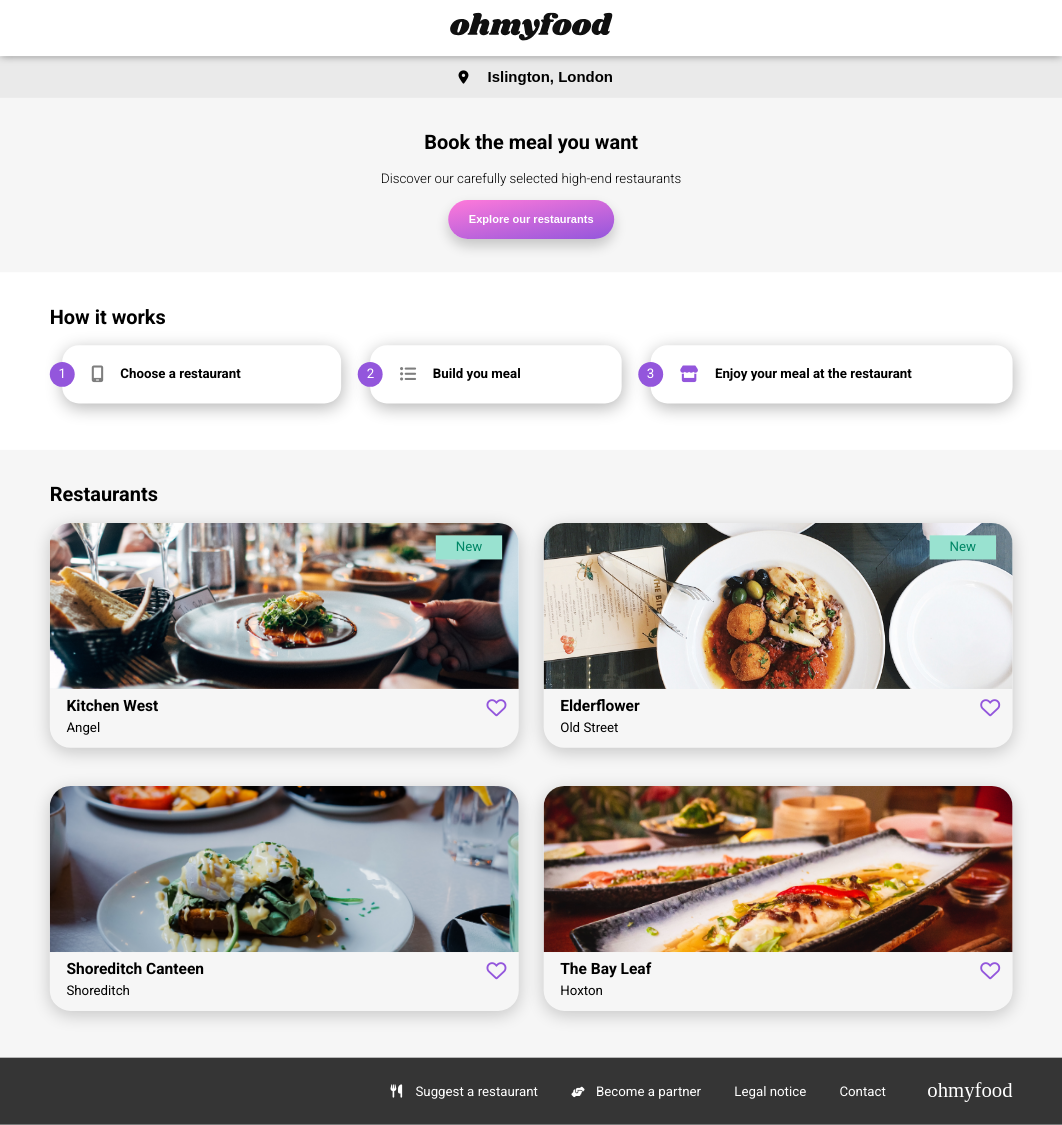
Repository: R1ptou/Project-3
Page: index.html
An editor plug-in stored every save of this project. The page is shown before and after the next save, followed by the edit.
The browser window is 1280 px wide. The pictures show the whole page, at 83% of full size.
Some web fonts or font styles are not loaded; a fallback is used. The style sheet was rebuilt from its Sass, Less or Tailwind sources for each picture, by a compiler version that may differ from the author's.

Above is the page before, as saved 2024-03-29 13:02:10.

### index.html
<!DOCTYPE html>
<html lang="en">
<head>
    <meta charset="UTF-8">
    <meta name="viewport" content="width=device-width, initial-scale=1.0">
    <title>ohmyfood</title>
    <link rel="preconnect" href="https://fonts.googleapis.com">
    <link rel="preconnect" href="https://fonts.googleapis.com">
    <link rel="preconnect" href="https://fonts.gstatic.com" crossorigin>
    <link href="https://fonts.googleapis.com/css2?family=Roboto:wght@300;400;700&family=Shrikhand&display=swap" rel="stylesheet">
    <link rel="stylesheet" href="https://cdnjs.cloudflare.com/ajax/libs/font-awesome/6.2.1/css/all.min.css"
        integrity="sha512-MV7K8+y+gLIBoVD59lQIYicR65iaqukzvf/nwasF0nqhPay5w/9lJmVM2hMDcnK1OnMGCdVK+iQrJ7lzPJQd1w=="
        crossorigin="anonymous" referrerpolicy="no-referrer">
    <link rel="stylesheet" href="./css/style.css">
</head>
<body>
<!-- Loader -->
    <div class="loader">
        <div class="lds-ring">
            <div></div>
            <div></div>
            <div></div>
            <div></div>
        </div>
    </div>
<!-- Nav -->
    <nav class="navbar"> <!-- Logo -->
        <div class="container text-center">
            <img class="logo" src="./Images%20and%20text%20Ohmyfood/images/logo/ohmyfood@2x.svg" alt="ohmyfood logo" >
        </div>
    </nav>
    <form class="search-bar"> <!-- Search bar -->
        <div class="container text-center">
            <div class="icon-search"><i class="text-black fa-solid fa-location-dot"></i></div>
            <input class="input-search" value="Islington, London" type="text">
         </div>
    </form>

    <main>
        <section class="section bg-dark"> <!-- Headline -->
            <div class="container text-center">
                <h2 class="headline">Book the meal you want</h2>
                <p class="sub-headline">Discover our carefully selected high-end restaurants</p>
                <button type="submit" class="button">Explore our restaurants</button> <!-- Submit button -->
            </div>
        </section>

<!-- How it works -->
        <section class="section container">
            <h2 class="headline">How it works</h2>
             <ol class="list-group">
                <li class="list-group__item">
                    <span class="fa-solid fa-mobile-screen list-group__icon"></span>
                    <span class="list-group__title">Choose a restaurant</span>
                </li>
                <li class="list-group__item">
                    <span class="fa-solid fa-list-ul list-group__icon"></span>
                    <span class="list-group__title">Build you meal</span>
                </li>
                <li class="list-group__item">
                    <span class="fa-solid fa-store list-group__icon active-icon"></span>
                    <span class="list-group__title">Enjoy your meal at the restaurant</span>
                </li>
             </ol>
        </section>
<!-- Restaurants -->
        <section class="section bg-dark">
            <div class="container">
                <h2 class="headline">Restaurants</h2>
                <div class="card-group">
                 <a href="./kitchen-west.html" class="card">
                    <img class="card-img" src="./Images%20and%20text%20Ohmyfood/images/restaurants/jay-wennington-N_Y88TWmGwA-unsplash.jpg" alt="">
                    <span class="badge">New</span>
                    <div class="card-row">
                        <div class="card-content">
                            <h3 class="card-title">Kitchen West</h3>
                            <p class="card-subtitle">Angel</p>
                        </div>
                        <div class="heart">
                            <span class="fa-solid fa-heart heart-icon heart-full"></span>
                            <span class="fa-regular fa-heart heart-icon heart-empty"></span>
                        </div>
                    </div>
                 </a>
                 <a href="./elderflower.html" class="card">
                    <img class="card-img" src="./Images%20and%20text%20Ohmyfood/images/restaurants/stil-u2Lp8tXIcjw-unsplash.jpg" alt="">
                    <span class="badge">New</span>
                    <div class="card-row">
                        <div class="card-content">
                            <h3 class="card-title">Elderflower</h3>
                            <p class="card-subtitle">Old Street</p>
                        </div>
                        <div class="heart">
                            <span class="fa-solid fa-heart heart-icon heart-full"></span>
                            <span class="fa-regular fa-heart heart-icon heart-empty"></span>
                        </div>
                    </div>
                 </a>
                 <a href="./shoreditch-canteen.html" class="card">
                    <img class="card-img" src="./Images%20and%20text%20Ohmyfood/images/restaurants/toa-heftiba-DQKerTsQwi0-unsplash.jpg" alt="">
                    <div class="card-row">
                        <div class="card-content">
                            <h3 class="card-title">Shoreditch Canteen</h3>
                            <p class="card-subtitle">Shoreditch</p>
                        </div>
                        <div class="heart">
                            <span class="fa-solid fa-heart heart-icon heart-full"></span>
                            <span class="fa-regular fa-heart heart-icon heart-empty"></span>
                        </div>
                    </div>
                 </a>
                 <a href="./the-bay-leaf.html" class="card">
                    <img class="card-img" src="./Images%20and%20text%20Ohmyfood/images/restaurants/louis-hansel-shotsoflouis-qNBGVyOCY8Q-unsplash.jpg" alt="">
                    <div class="card-row">
                        <div class="card-content">
                            <h3 class="card-title">The Bay Leaf</h3>
                            <p class="card-subtitle">Hoxton</p>
                        </div>
                        <div class="heart">
                            <span class="fa-solid fa-heart heart-icon heart-full"></span>
                            <span class="fa-regular fa-heart heart-icon heart-empty"></span>
                        </div>
                    </div>
                 </a>
                </div>
            </div>
        </section>
    </main>

<!-- Footer -->

<footer class="footer">
    <div class="container">
    <div class="row"> <!-- Logo -->
        <a href="#" class="footer-logo" title="Back to top of the page">ohmyfood</a>
        <ul class="list">
            <li><a href="#"><span class="fa-solid fa-utensils footer-ico"></span>Suggest a restaurant</a></li>
            <li><a href="#"><i class="fa-solid fa-handshake-angle footer-ico ico-resize"></i>Become a partner</a></li>
            <li><a href="#">Legal notice</a></li>
        <li><a href="mailto:project3@ohmyfood.com" title="Email Us" alt="Email Us">Contact</a></li>
      </ul>
     </div>
    </div>
  </footer>
</body>
</html>

### scss/style.scss
/****** General ***********/

@import "variables";
@import "base";
@import "footer";
@import "loader";
@import "list-group";
@import "card";
@import "button";

.container {
    max-width: 1200px;
    margin: auto;
    padding-left: 20px;
    padding-right: 20px;
}

.text-center {
    text-align: center;
}

.bg-dark {
    background-color: $senary-color;
}

.section {
    padding-top: 40px;
    padding-bottom: 40px;
    position: relative;
}

/****** Nav ***********/
.navbar {
    box-shadow: 0 0 10px 0 rgba($color: #000000, $alpha: .5);
    position: relative;
    padding: 15px 0;
}

.back-link {
    position: absolute;
    left: 20px;
    line-height: 2;
}

.back-link:focus {
    outline: none;
}

/****** restaurant-1 ***********/

.title {
    display: flex;
    justify-content: space-between;
    margin-top: 0;
    font-family: $primary-serif;
}

@media screen and (min-width: 768px) {
    .title {
    text-align: center;
    justify-content: space-around;
    max-width: 400px;
    margin: auto;
    }
}

.sub-title {
    text-transform: uppercase;
    font-weight: 300;
    display: inline-block;
    padding: 10px;
    position: relative;
}

.sub-title:before {
    position: absolute;
    content: "";
    display: block;
    height: 3px;
    bottom: 0;
    left: 9px;
    width: 45px;
    background-color: $tertiary-color;
}

/****** Menu page ***********/

.gap {
    display: flex;
    flex-direction: column;
    gap: 15px;
}

.menu-item {
    display: flex;
    background: #fff;
    border-radius: 20px;
    box-shadow: 0 4px 8px 0 rgba(0,0,0,0.2);
    position: relative;
    overflow: hidden;
    cursor: pointer;


    .menu-item__price {
    display: flex;
    align-items: end;
    padding: 15px 20px;
    }

    &:hover {
    .menu-item__checkmark {
        width: 75px;
    }
    .menu-item__checkmark-icon {
        transform: rotate(0deg);
        -webkit-transform: rotate(0deg);
    }
    }

    .menu-item__body {
    display: flex;
    flex-direction: column;
    width: 100%;
    padding: 15px;
    overflow: hidden;
    gap: 5px;
    }

    .menu-item__heading {
    margin: 0;
    font-size: 1.1rem;
    overflow: hidden;
    }

    .menu-item__content {
    margin: 0;
    font-size: 1rem;
    overflow: hidden;
    text-overflow: ellipsis;
    white-space: nowrap;
    }

    .menu-item__checkmark {
    display: flex;
    flex-shrink: 0;
    justify-content: center;
    align-items: center;
    overflow: hidden;
    background: $tertiary-color;
    right: 0;
    top: 0;
    bottom: 0;
    width: 0;
    transition: width 0.5s;
    }

    .menu-item__checkmark-icon {
    transition: transform 0.5s;
    transform: rotate(360deg);
    color: #fff;
    }
}

.heart {
    top: 0;
    right: 0;
}

.border-top {
    border-top-right-radius: 20px;
    border-top-left-radius: 20px;
}

.header-image {
    height: 250px;
    width: 100%;
    object-fit: cover;
    margin-bottom: -50px;
}

/****** Search bar ***********/

.search-bar {
    background-color: $septenary-color;
}

.icon-search {
    display: inline-flex;
    justify-content: center;
    align-items: center;
    width: 50px;
    height: 50px;
    flex-shrink: 0;
}

.input-search {
    border-width: 0;
    border-style: none;
    width: 159px;
    padding: 0;
    font-weight: bold;
    font-size: 18px;
    background-color: $septenary-color;
    caret-color: $tertiary-color;
}
.input-search:focus {
    outline: none;
}

/****** Headline ***********/
.headline {
    margin-top: 0;
}

.sub-headline {
    font-weight: 300;
}

/****** How it works ***********/



/****** Restaurants ***********/

.badge {
    position: absolute;
    height: 1.8rem;
    width: 5rem;
    text-align: center;
    line-height: 1.8rem;
    color: $quaternary-color;
    background: $tertiary-color;
    top: 15px;
    right: 20px;

}

.heart {
    position: relative;
    display:inline-block;
    height: 24px;
    width: 24px;
    top: 10px;
    right: 15px;
}

.heart-icon {
    position: absolute;
    display: inline-block;
    height: 24px;
    width: 24px;
    color: $primary-color;
    font-size: 24px;
}

.heart-empty {
    transition: opacity .5s;
    opacity: 1;
}

.heart-full {
    transition: opacity .5s;
    opacity: 0;
    background-image: $gradient;
    background-clip: text;
    -webkit-background-clip: text;
    color: transparent;
}

.heart:hover .heart-full {
    opacity: 1;
}

.heart:hover .heart-empty {
    opacity: 0;
}

/****** Starters ***********/


/****** Mains ***********/


/****** Deserts ***********/


/****** Label ***********/


/****** Icon ***********/

### scss/_variables.scss
    $primary-color: #9356DC; // button, badge, icon hover
    $secondary-color: #FF79DA; // button gradient
    $tertiary-color: #99E2D0; // element hue
    $quaternary-color: #008766; // badge font
    $quinary-color: #7E7E7E; // icons
    $senary-color: #F6F6F6; // background hue (off-white)
    $septenary-color: #EAEAEA; // form field background
    $octonary-color: #353535; // footer background

    $gradient: linear-gradient(-10deg, #9356DC, #FF79DA);
    $gradient-hover: linear-gradient(120deg, #9356DC, #FF79DA);

    $primary-sans-serif: "Roboto", sans-serif;
    $primary-serif: "Shrikhand", serif;

### scss/_base.scss
body {
    margin: 0;
    padding: 0;
    color: #000;
    font-family: $primary-sans-serif;
    }

::selection {
    color: #000;
    background: $tertiary-color;
    }

a {
    text-decoration: none;
    }

a, a:visited {
    color: inherit;
    }

a:hover, a:focus {
    color: $tertiary-color;
}

* {
    box-sizing: border-box;
    -moz-box-sizing: border-box;
    -webkit-box-sizing: border-box;
    }

*:focus {
    outline: $tertiary-color solid 2px;
}

html {
    scroll-behavior: smooth;
  }

### scss/_footer.scss
/****** Footer ***********/

.footer {
    background-color: $octonary-color;
    color: #fff;
    padding: 15px 0;
}

.footer-logo {
    color: #fff;
    font-family: $primary-serif;
    font-size: 25px;
    margin: 0;
}

.footer-logo:focus {
    outline: none;
}

.footer a:hover {
    color: $tertiary-color;
}

.footer-ico {
    width: 30px;
}

.ico-resize {
    font-size: 13px;
}

.list {
    list-style: none;
    padding-left: 0;
}

// .list:focus {
//     outline: none;
// }

@media screen and (min-width: 768px) {
    .list {
        display: flex;
        gap: 40px;
    }

    .footer .row {
        overflow: hidden;
        display: flex;
        flex-direction: row-reverse;
        justify-content: end;
        gap: 50px;
        align-items: center;
    }
}

### scss/loader.scss
.menu--fade {
	animation-name: menu-fade;
	animation-duration: 3s;
	animation-iteration-count: 1;
	animation-fill-mode: forwards;
	opacity: 0;
}

.menu--fade-1 {
	animation-delay: 0.1s;
}
.menu--fade-2 {
	animation-delay: 0.2s;
}
.menu--fade-3 {
	animation-delay: 0.3s;
}

@keyframes menu-fade {
  0% {
    opacity: 0;
		transform: translate(0, 200px);
  }
  100% {
    opacity: 1;
		transform: translate(0);
  }
}

.loader {
	background-color: $senary-color;
	position: fixed;
	top: 0;
	bottom: 0;
	left: 0;
	right: 0;
	display: flex;
	justify-content: center;
	align-items: center;
	animation-name: loader-fade;
	animation-duration: 2s;
	animation-delay: 2s;
	animation-iteration-count: 1;
	animation-fill-mode: forwards;
	z-index: 1
}

@keyframes loader-fade {
  0% {
    opacity: 1;
  }
	99% {
    opacity: 0;
		top: 0;
		bottom: 0;
	}
    100% {
		top: -10000px;
		bottom: auto;
  }
}

.lds-ring {
  display: inline-block;
  position: relative;
  width: 80px;
  height: 80px;
}
.lds-ring div {
  box-sizing: border-box;
  display: block;
  position: absolute;
  width: 64px;
  height: 64px;
  margin: 8px;
  border: 8px solid #000;
  border-radius: 50%;
  animation: lds-ring 1.2s cubic-bezier(0.5, 0, 0.5, 1) infinite;
  border-color: #000 transparent transparent transparent;
}
.lds-ring div:nth-child(1) {
  animation-delay: -0.45s;
}
.lds-ring div:nth-child(2) {
  animation-delay: -0.3s;
}
.lds-ring div:nth-child(3) {
  animation-delay: -0.15s;
}

@keyframes lds-ring {
  0% {
    transform: rotate(0deg);
  }
  100% {
    transform: rotate(360deg);
  }
}

### scss/_list-group.scss
.list-group {
	list-style: none;
	padding: 0;
	display: flex;
	flex-direction: column;
	gap: 20px;
	counter-reset: my-counter;

	.list-group__item {
		margin-left: 15px; // offset number margin
		padding: 20px 20px 20px 0;
		display: flex;
		align-items: center;
		gap: 20px;
		box-shadow: 1px 5px 20px rgba($color: #000000, $alpha: .3);
		border-radius: 20px;
		counter-increment: my-counter;
        flex-grow: 1;

		&:before {
			content: counter(my-counter); // custom counter
			height: 30px;
			width: 30px;
			background-color: $primary-color;
			border-radius: 50%;
			display: flex;
			justify-content: center;
			align-items: center;
			color: #fff;
			margin-left: -15px; // inset number
		}
    }
}

.list-group__icon {
    background: none;
    color: $quinary-color;
	font-size: 20px;
}

.list-group__icon:hover {
    color: $primary-color;
}

.active-icon {
	color: $primary-color;
}

.list-group__title {
    font-weight: 700;
}

@media screen and (min-width: 768px) {
    .list-group {
        flex-direction: row;
    }
}

### scss/_card.scss
.card-group {
    display: flex;
    flex-wrap: wrap;
    gap: 30px;
}

.card-group .card {
    min-width: 100%;
    flex: 1 0 0;
}

/****** Restaurants ***********/

.card {
    margin-bottom: 1rem;
    display: flex;
    flex-direction: column;
    background-color: var(#F6F6F6);
    box-shadow: 0 5px 20px rgba(0,0,0,0.2);
    border-radius: 25px;
    overflow: hidden;
    position: relative;
}

.card-img {
    object-fit: cover;
    width: 100%;
    height: 200px;
}

.card-content {
    padding: 10px 20px;
    flex-grow: 1;
}

.card-title {
    margin: 0;
}

.card-subtitle {
    margin: 5px 0;
}

.card-row {
    display: flex;
}

@media screen and (min-width:768px) {
    .card-group .card {
        min-width: 368px;
        flex: 1 0 0;
    }
}

### scss/_button.scss
/****** Submit button ***********/

.button{
    padding: 16px 25px;
    color: #fff;
    font-weight: bold;
    background: $gradient;
    border-radius: 25px;
    border: none;
    min-width: 185px;
    justify-content: center;
    box-shadow: 0 8px 15px 0 rgba($color: #000000, $alpha: 0.2);
    transition: all 0.5s ease-out;
    cursor: pointer;
}

.button:hover,
.button:focus {
    filter: brightness(115%);
    box-shadow: 0 8px 15px 0 rgba($color: #7E7E7E, $alpha: 0.8);
}
.btn-spacing {
    margin-top: 40px;
}

After the next save:
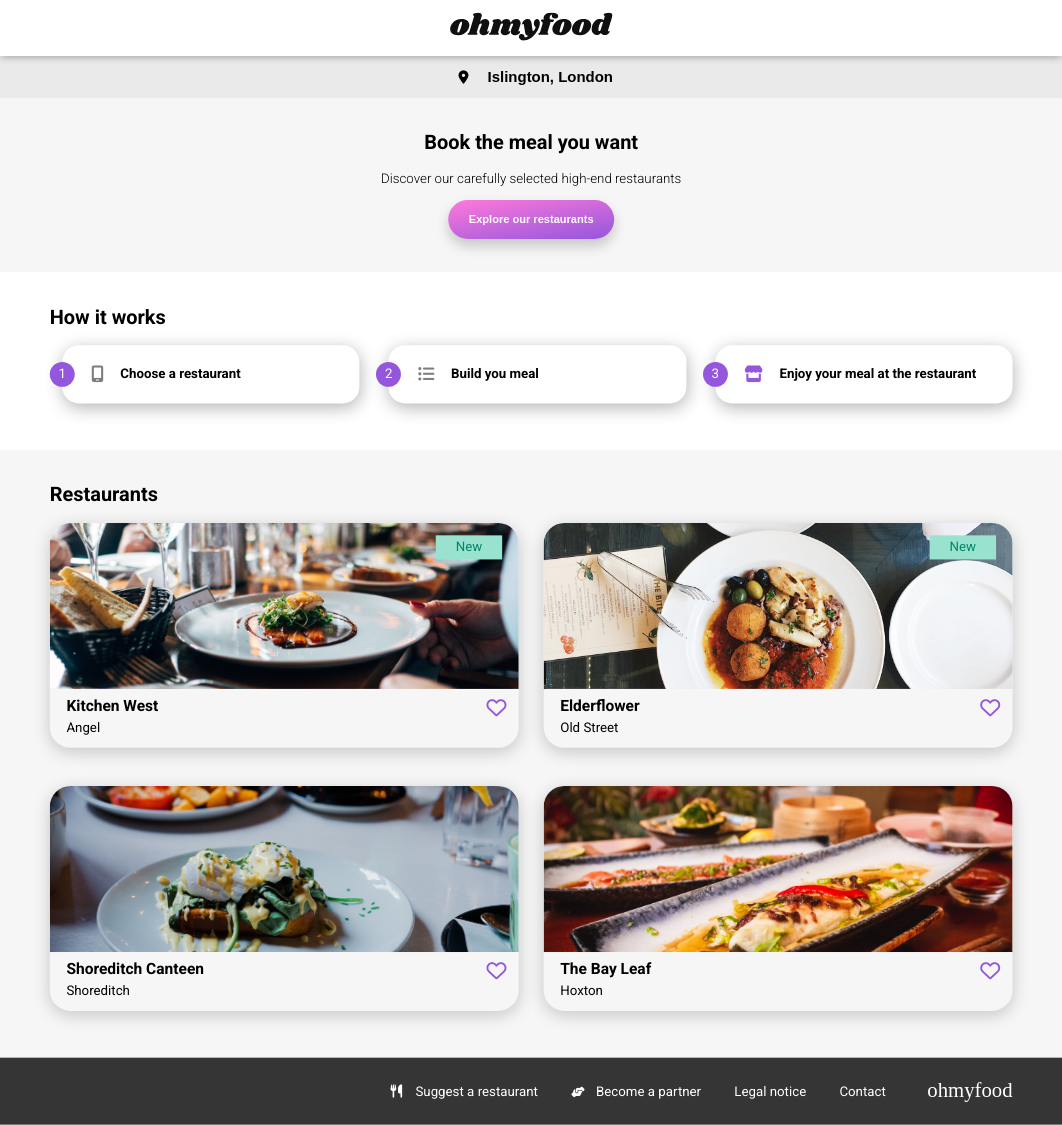
Saved 4 min 20 s later.
--- a/scss/_list-group.scss
+++ b/scss/_list-group.scss
@@ -53,5 +53,8 @@
 @media screen and (min-width: 768px) {
     .list-group {
         flex-direction: row;
+	.list-group__item {
+		width: 100%;
     }
 }
+}
